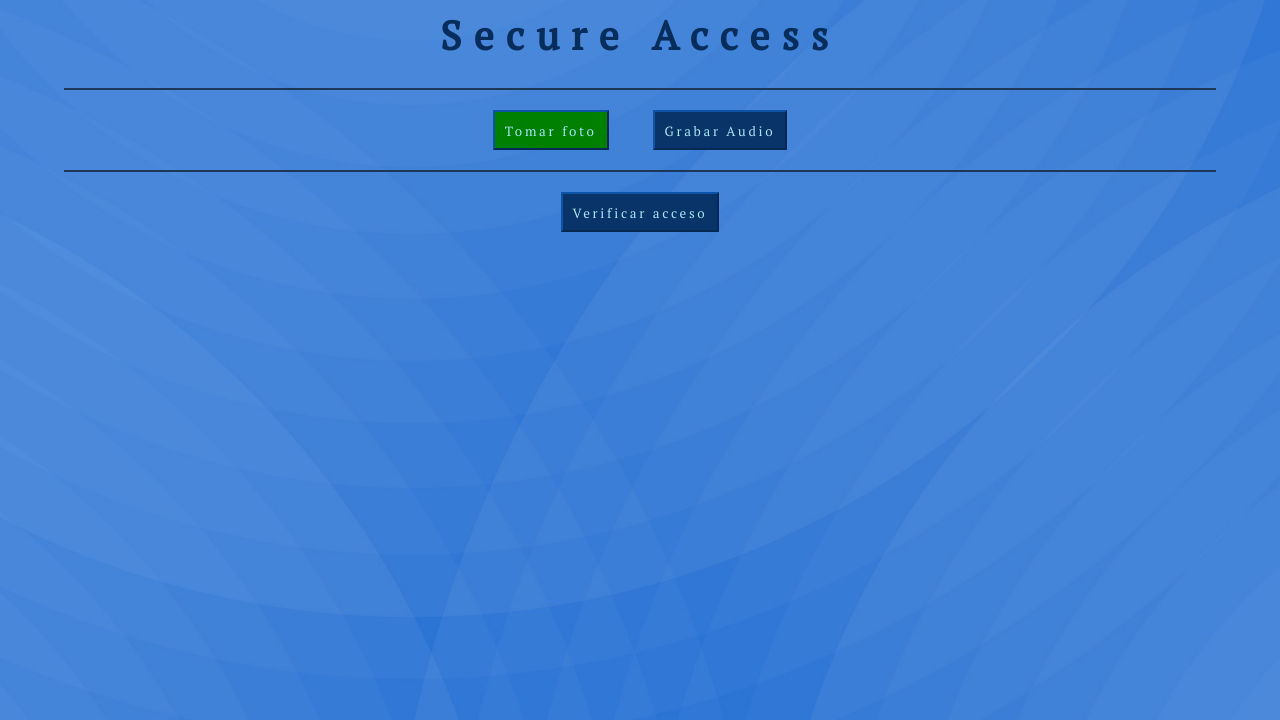
Repository: dabarreiroh/SECURE-ACCESS
Page: accessecure/templates/home/index.html
These files come from the project's save history. The page is drawn as it stood at one moment and after the next save; the edit follows.
The browser window is 1280 px wide. The pictures show the whole page.
The pointer rests on the first visible `input`.

Above is the page before, as saved 2020-03-17 00:03:46.

### accessecure/templates/home/index.html
<html>
    <head>
        <link rel="stylesheet" href="./../../static/admin/css/index/index.css">
        <link href="https://fonts.googleapis.com/css?family=PT+Serif&display=swap" rel="stylesheet">

    </head>
<body>

<h1>Secure Access</h1>

<div class="options">
    <input type="button" value="Tomar foto" onClick="window.location.href='photo'">
    <input type="button" value="Grabar Audio" onClick="window.location.href='audio'">
</div>


<div>
    <input type="button" value="Verificar acceso" onClick="window.location.href='verified'">
</div>

</body>
</html>

### accessecure/static/admin/css/index/index.css
*{
    text-align: center;
    font-family: 'PT Serif', serif;
}

body{
    background-image: url(../../img/background.jpg);
    background-size: cover;
}

h1{
    color: #072D5C;
    /* color: #1D3759; */
    letter-spacing: 0.3em;
    font-size: 40px;
}

.options{
    border: solid #1D3759;
    border-width: 2px 0px;
    width: 90vw;
    margin: 0 auto;
}

input{
    margin: 20px;
    height: 40px;
    padding: 10px;
    letter-spacing: 0.2em;
    /* background-color: #072D5C;
    border: 2px solid #406FA8; */
    background-color: #083469;
    border: 2px solid #0D53A8;
    border-style: outset;
    color: #A8E4F5;
}

input:hover{
    background-color: green;
}

After the next save:
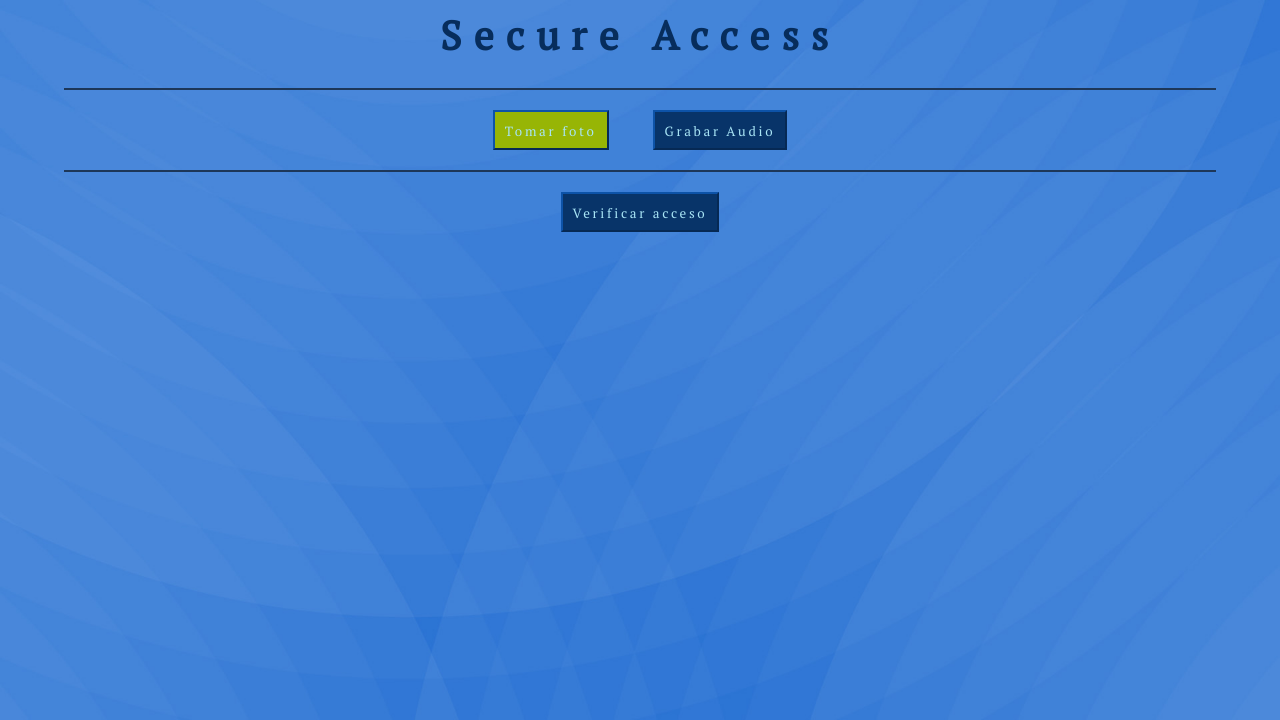
Saved 30 s later.
--- a/accessecure/static/admin/css/index/index.css
+++ b/accessecure/static/admin/css/index/index.css
@@ -36,5 +36,5 @@ input{
 }
 
 input:hover{
-    background-color: green;
+    background-color: #97B505;
 }
